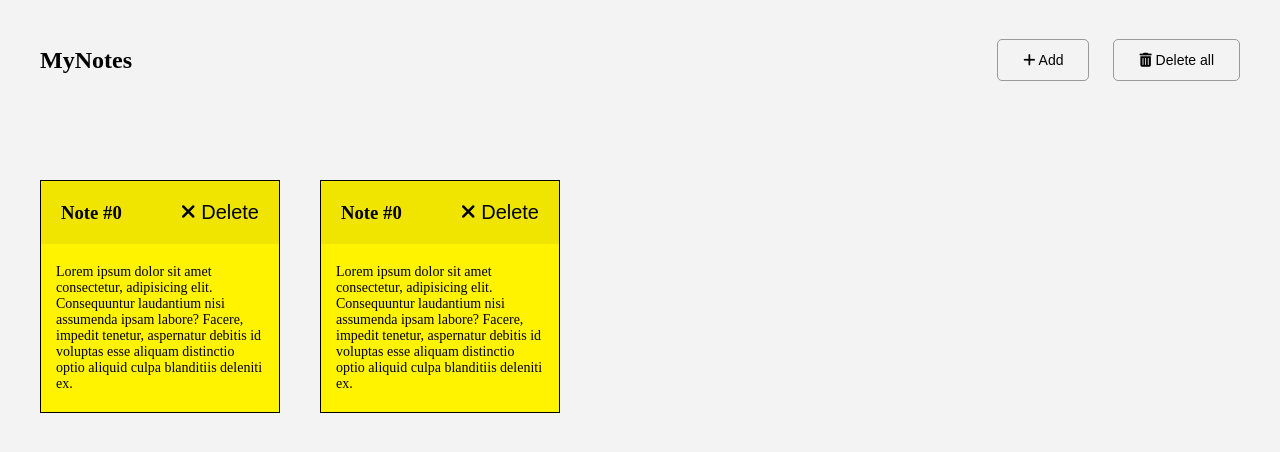
Repository: kimi1723/My-Notes
Page: index.html
An editor plug-in stored every save of this project. The page is shown before and after the next save, followed by the edit.
The browser window is 1280 px wide. The pictures show the whole page.
Some web libraries are served in a nearby version.

Above is the page before, as saved 2023-03-27 21:59:22.

### index.html
<!DOCTYPE html>
<html lang="en">

<head>
    <meta charset="UTF-8">
    <meta http-equiv="X-UA-Compatible" content="IE=edge">
    <meta name="viewport" content="width=device-width, initial-scale=1.0">
    <title>MyNotes</title>

    <link rel="stylesheet" href="/dist/css/main.min.css">
    <script src="https://kit.fontawesome.com/b106b5fdab.js" crossorigin="anonymous"></script>
</head>

<body>

    <nav class="nav">
        <h1 class="nav__heading">MyNotes</h1>

        <div class="nav-buttons">
            <button class="nav-buttons__add-btn nav-buttons__icon"><i class="fa-solid fa-plus"></i> Add</button>
            <button class="nav-buttons__delete-all-btn nav-buttons__icon"><i class="fa-solid fa-trash-can"></i> Delete
                all</button>
        </div>
    </nav>

    <main class="main">
        <div class="note-area">


            <div class="note" data-id="0">
                <div class="note-header">
                    <h3 class="note-header__title">Note #0</h3>
                    <button class="note-header__delete-note"><i class="fa-solid fa-xmark"></i> Delete</button>
                </div>

                <div class="note-body">
                    Lorem ipsum dolor sit amet consectetur, adipisicing elit. Consequuntur laudantium nisi assumenda
                    ipsam
                    labore? Facere, impedit tenetur, aspernatur debitis id voluptas esse aliquam distinctio optio
                    aliquid
                    culpa
                    blanditiis deleniti ex.
                </div>
            </div>
            <div class="note" data-id="1">
                <div class="note-header">
                    <h3 class="note-header__title">Note #0</h3>
                    <button class="note-header__delete-note"><i class="fa-solid fa-xmark"></i> Delete</button>
                </div>

                <div class="note-body">
                    Lorem ipsum dolor sit amet consectetur, adipisicing elit. Consequuntur laudantium nisi assumenda
                    ipsam
                    labore? Facere, impedit tenetur, aspernatur debitis id voluptas esse aliquam distinctio optio
                    aliquid
                    culpa
                    blanditiis deleniti ex.
                </div>
            </div>

        </div>

        <div class="note-panel note-panel--hidden">
            <h2 class="note-panel__heading">Add note</h2>

            <label for="category">Choose category</label>
            <select id="category" class="note-panel__category">
                <option value="0" disabled selected>- choose category -</option>
                <option value="1">Shopping</option>
                <option value="1">Work</option>
                <option value="1">Gym</option>
                <option value="1">Personal</option>
                <option value="1">Other</option>
            </select>

            <label for="text">Write the note text</label>
            <textarea id="text" class="note-panel__text"></textarea>

            <p class="note-panel__error note-panel__error--hidden">Fill every field!</p>

            <div class="note-panel__buttons">
                <button class="note-panel__buttons-save icon"><i class="fa-solid fa-floppy-disk"></i> Save</button>
                <button class="note-panel__buttons-cancel icon"><i class="fa-solid fa-circle-xmark"></i> Cancel</button>
            </div>
        </div>
    </main>


    <script src="/dist/js/app.min.js"></script>
</body>

</html>

Loaded but not shown: dist/css/main.min.css (library); dist/js/app.min.js (library)

After the next save:
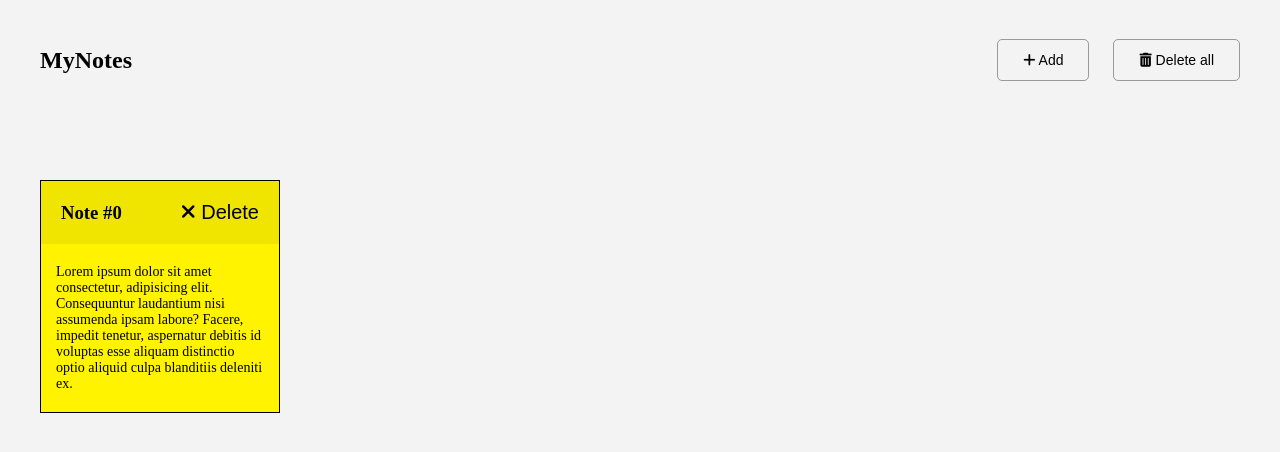
Saved 19 min 54 s later.
--- a/index.html
+++ b/index.html
@@ -42,21 +42,7 @@
                     blanditiis deleniti ex.
                 </div>
             </div>
-            <div class="note" data-id="1">
-                <div class="note-header">
-                    <h3 class="note-header__title">Note #0</h3>
-                    <button class="note-header__delete-note"><i class="fa-solid fa-xmark"></i> Delete</button>
-                </div>
 
-                <div class="note-body">
-                    Lorem ipsum dolor sit amet consectetur, adipisicing elit. Consequuntur laudantium nisi assumenda
-                    ipsam
-                    labore? Facere, impedit tenetur, aspernatur debitis id voluptas esse aliquam distinctio optio
-                    aliquid
-                    culpa
-                    blanditiis deleniti ex.
-                </div>
-            </div>
 
         </div>
 
